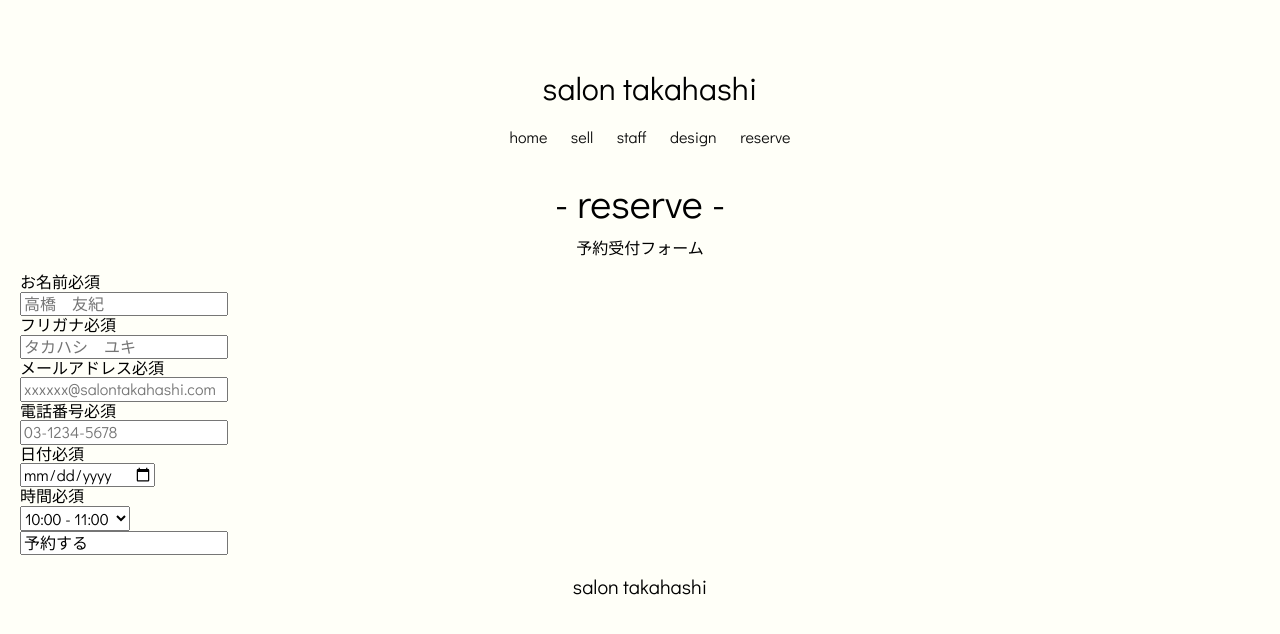
Repository: yukitakahashi1002/salontakahashi-
Page: jel-reserve-form.html
An editor plug-in stored every save of this project. The page is shown before and after the next save, followed by the edit.
The browser window is 1280 px wide. The pictures show the whole page.

Above is the page before, as saved 2023-08-09 01:44:50.

After the next save:
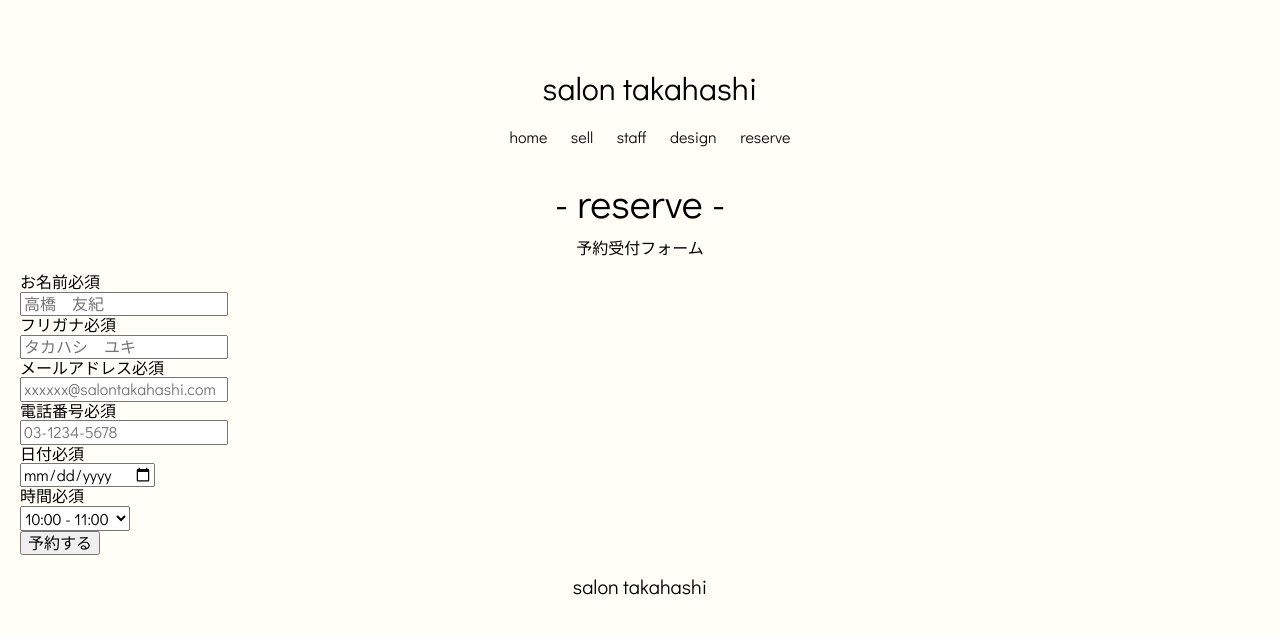
Saved 13 s later.
--- a/jel-reserve-form.html
+++ b/jel-reserve-form.html
@@ -97,7 +97,7 @@
                             </select>
                         </div>
                     </div>
-                    <input type="sumit" value="予約する">
+                    <input type="submit" value="予約する">
                 </form>
             </section>
         </article>
